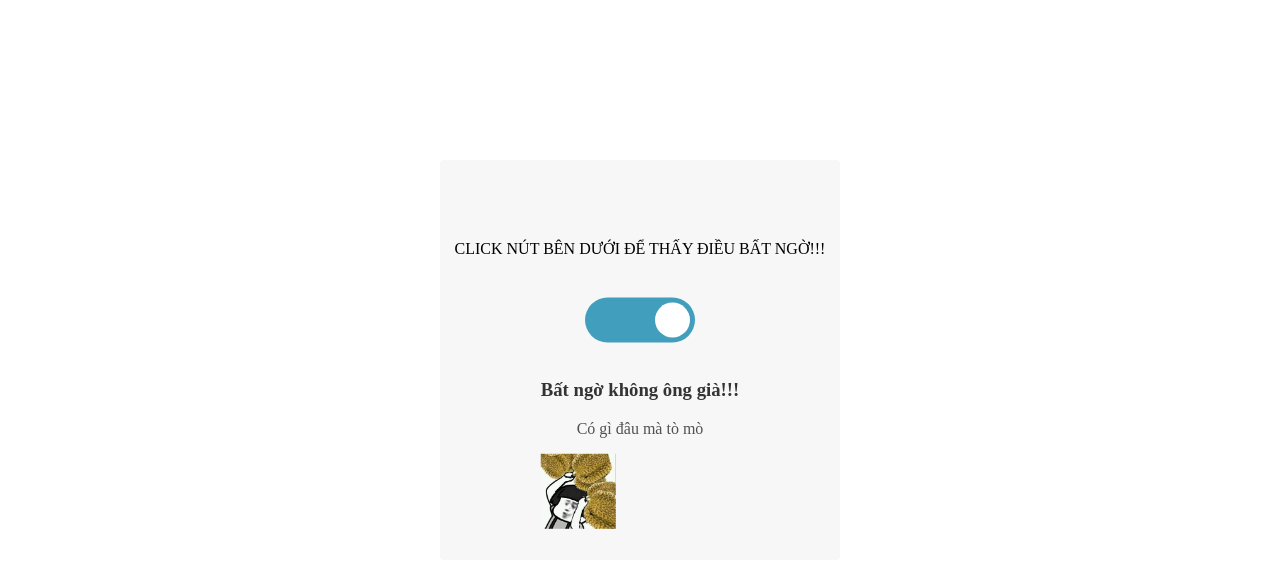
Repository: haokiet2501/troll-my-react
Page: /, after clicking the first element matching `div.toggle-center`
These files come from the project's save history. The page is drawn as it stood at one moment and after the next save; the edit follows.
The browser window is 1280 px wide. The pictures show the whole page.
The project was rebuilt for these pictures with package versions that can differ from the ones it lists, and the page was loaded fresh each time.

Above is the page before, as saved 2022-07-30 23:22:25.

### src/index.css
.toggle-center {
  position: absolute;
  top: 50%;
  left: 50%;
  transform: translate(-50%, -50%);
  width: 25rem;
  height: 25rem;
  border-radius: 0.25rem;
  background-color: #f8f7f7;
}

.toggle-center:hover {
  box-shadow: 0 4px 8px rgba(0, 0, 0, 0.25);
}

.toggle {
  position: absolute;
  top: 40%;
  left: 50%;
  transform: translate(-50%, -50%);
}

.todo-center {
  position: absolute;
  top: 62%;
  left: 50%;
  transform: translate(-50%, -50%);
  z-index: 999;
}

.todo-center img {
  object-fit: cover;
  width: 75px;
  height: 75px;
  margin-left: auto;
  margin-right: auto;
}

.toggle {
  width: 100px;
  height: 35px;
  background-color: #ccc;
  padding: 5px;
  border-radius: 100rem;
  cursor: pointer;
}

.toggle.active {
  background-color: #429EBD;
}

.toggle-title {
  position: relative;
  top: 20%;
  text-transform: uppercase;
  display: flex;
  justify-content: center;
  align-items: center;
}

.spinner {
  position: absolute;
  width: 35px;
  height: 35px;
  left: 0;
  margin-left: 5px;
  border-radius: 50%;
  background-color: #fff;
  transition: 0.3s linear;
}

.spinner.active {
  transform: translateX(65px);
  transition: 0.3s linear;
}

.toggle-on {
  margin-right: 0.5rem;
}

h3 {
  color: #333;
}

p {
  color: rgb(82, 81, 81);
  display: flex;
  justify-content: center;
  align-items: center;
}

### src/App.js
import Toggle from "./components/Toggle";

function App() {
  return (
    <>
      <Toggle />
    </>
  );
}

export default App;

### src/components/Toggle.jsx
import { useState } from "react"
import Todo from "./Todo";

const Toggle = () => {
    const [on, setOn] = useState(false);

    const handleClick = () => {
        setOn((on) => !on);
    }

    return (
        <>
            {on && <Todo />}
            <div className="toggle-center" onClick={handleClick}>
                <div className="toggle-title">Click nút bên dưới để thấy điều bất ngờ!!!</div>
                <div className={`toggle ${on ? 'active' : ''}`}>
                    <div className={`spinner ${on ? 'active' : ''}`}></div>
                </div>
            </div>
        </>
    )
}

export default Toggle

### src/components/Todo.jsx
import React from 'react'
import troll from '../imgs/troll.jpg'

const Todo = () => {
    return (
        <div className='todo-center'>
            <h3>Bất ngờ không ông già!!!</h3>
            <p>Có gì đâu mà tò mò</p>
            <img src={troll} alt="" />
        </div>
    )
}

export default Todo

Loaded but not shown: public/index.html (common file); src/index.js (common file); src/reportWebVitals.js (common file)

After the next save:
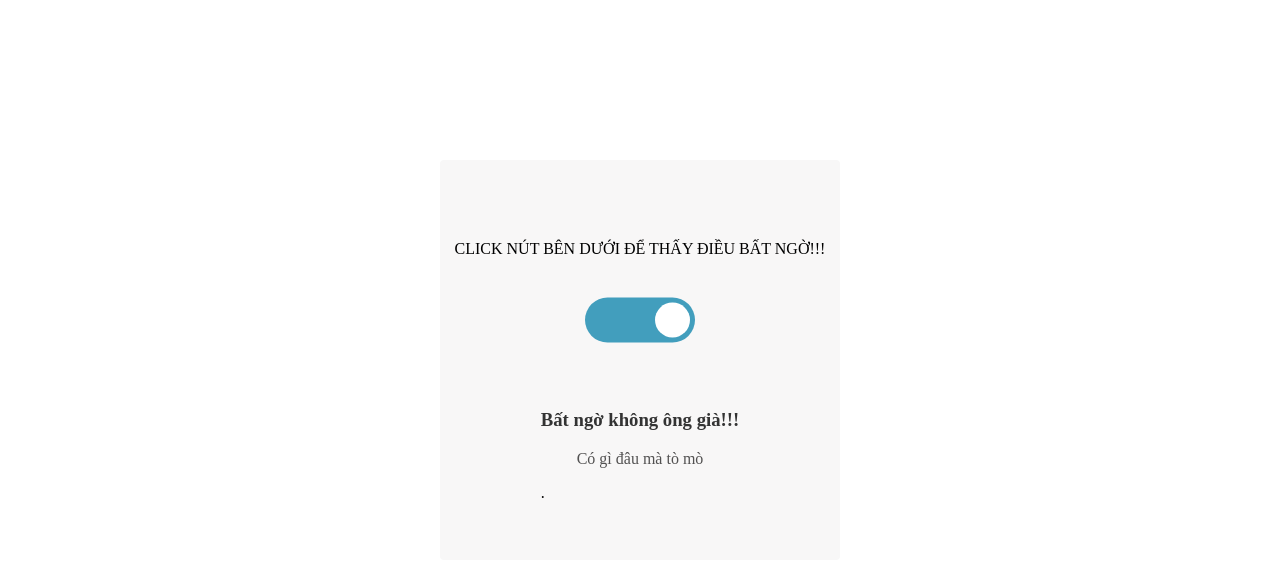
Saved 39 s later.
--- a/src/components/Todo.jsx
+++ b/src/components/Todo.jsx
@@ -6,7 +6,7 @@
         <div className='todo-center'>
             <h3>Bất ngờ không ông già!!!</h3>
             <p>Có gì đâu mà tò mò</p>
-            <img src={troll} alt="" />
+            .
         </div>
     )
 }

After the 2 saves that followed:
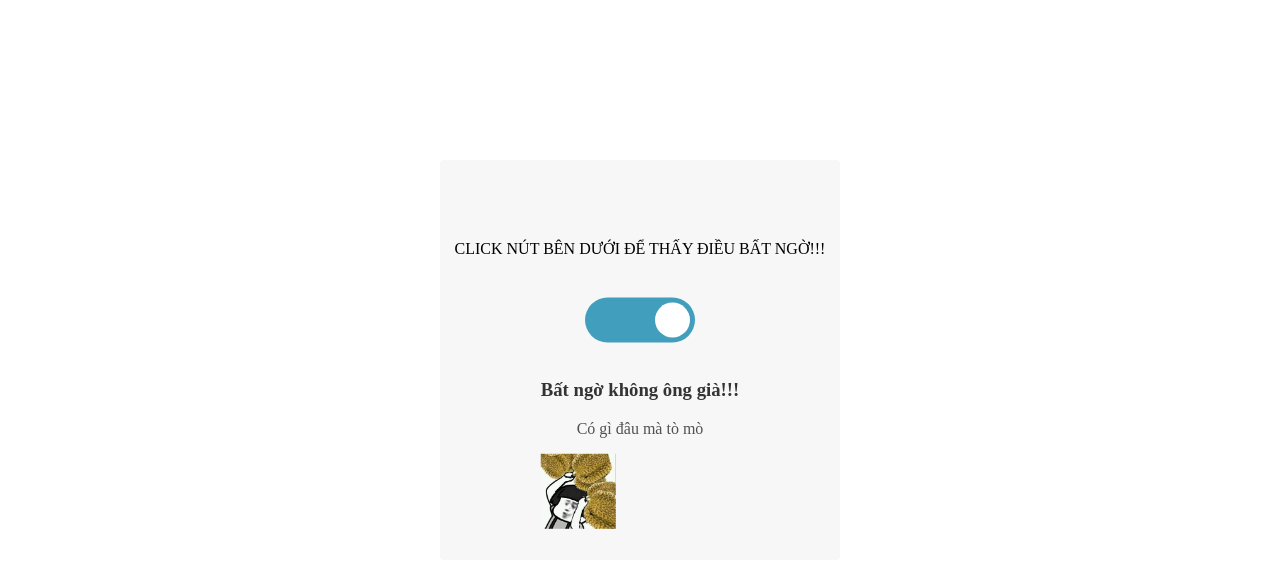
The 2 saves are shown as one change because they came seconds apart.
The last was saved 8 s later.
--- a/src/components/Todo.jsx
+++ b/src/components/Todo.jsx
@@ -6,7 +6,9 @@
         <div className='todo-center'>
             <h3>Bất ngờ không ông già!!!</h3>
             <p>Có gì đâu mà tò mò</p>
-            .
+            <div className="todo-img">
+                <img src={troll} alt="" />
+            </div>
         </div>
     )
 }
